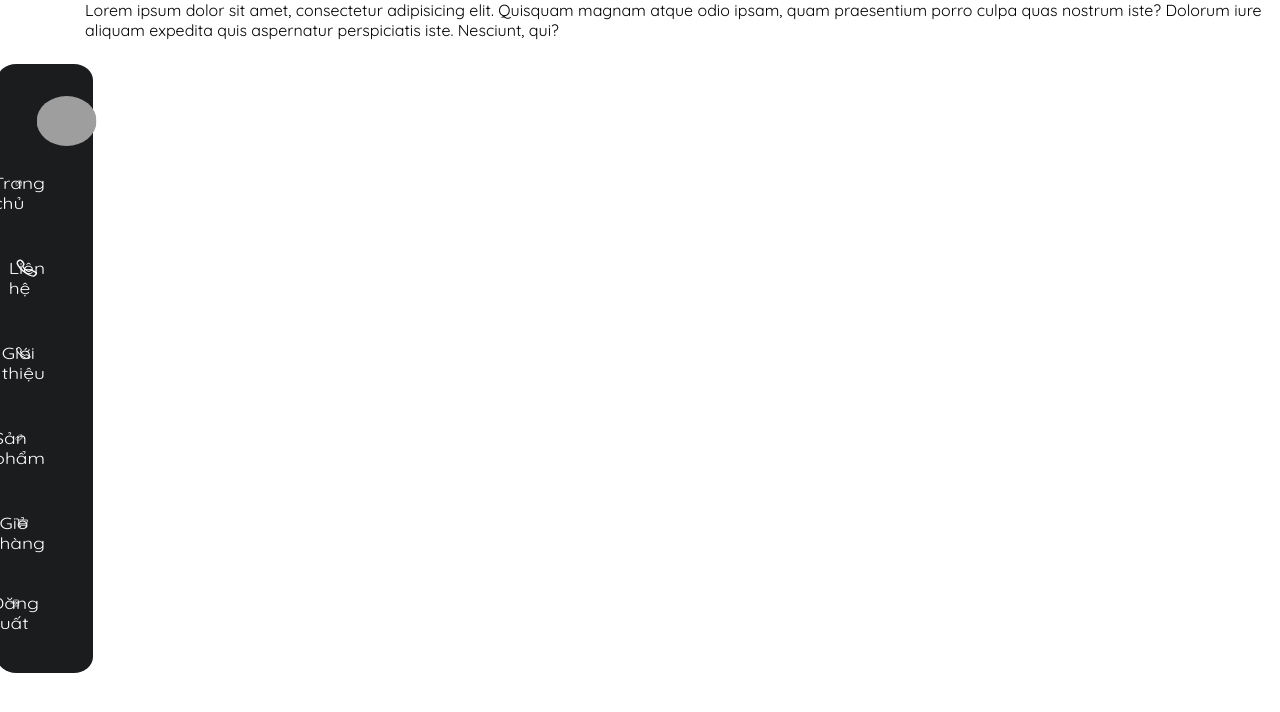
Repository: Fuocmanh/demo
Page: site/nav.html
These files come from the project's save history. The page is drawn as it stood at one moment and after the next save; the edit follows.
The browser window is 1280 px wide. The pictures show the whole page.
The pointer rests on the first visible `.sidebar`.
Pictures or frames that could not be fetched are drawn as grey boxes.

Above is the page before, as saved 2022-12-30 13:12:09.

### site/nav.html
<!DOCTYPE html>
<html lang="en">

<head>
    <meta charset="UTF-8">
    <meta name="viewport" content="width=device-width, initial-scale=1" />
    <link rel="stylesheet" href="../css/style.css">
    <script type="module" src="https://unpkg.com/ionicons@5.5.2/dist/ionicons/ionicons.esm.js"></script>
    <script nomodule src="https://unpkg.com/ionicons@5.5.2/dist/ionicons/ionicons.js"></script>
</head>

<body >
    <section id="sidebar">
        <div class="sidebar">
            <a href="#" class="logo">
                <img src="https://i.pinimg.com/550x/dd/6d/22/dd6d2277032c5f365dd3149d45b3a820.jpg" alt="" class="logo-image" />
            </a>
            <nav>
                <ul class="menu">
                    <li class="menu-item">
                        <a href="#" class="menu-link">
                            <ion-icon name="home-outline"></ion-icon>
                            <span>Trang chủ</span>
                        </a>
                    </li>
                    <li class="menu-item">
                        <a href="#" class="menu-link">
                            <ion-icon name="call-outline"></ion-icon>
                            <span>Liên hệ</span>
                        </a>
                    </li>
                    <li class="menu-item">
                        <a href="#" class="menu-link">
                            <ion-icon name="call-outline"></ion-icon>
                            <span>Giới thiệu</span>

                        </a>
                    </li>
                    <li class="menu-item">
                        <a href="#" class="menu-link">
                            <ion-icon name="pricetags-outline"></ion-icon>
                            <span>Sản phẩm</span>
                        </a>
                    </li>
                    <li class="menu-item">
                        <a href="#" class="menu-link">
                            <ion-icon name="cart-outline"></ion-icon>
                            <span>Giỏ hàng</span>
                        </a>
                    </li>
                    <li class="menu-item" style="margin: -5px;">
                        <a href="#" class="menu-link">
                            <ion-icon name="log-in-outline"></ion-icon>
                            <span>Đăng xuất</span>
                        </a>
                    </li>
                </ul>
            </nav>

            <!-- <div class="">
                <a href="#!"><ion-icon name="log-in-outline"></ion-icon></a>
            </div> -->
        </div>
    </section>
    <section>
        <p>Lorem ipsum dolor sit amet, consectetur adipisicing elit. Quisquam magnam atque odio ipsam, quam praesentium porro culpa quas nostrum iste? Dolorum iure aliquam expedita quis aspernatur perspiciatis iste. Nesciunt, qui?</p>
    </section>
    <script src="../js/style.js"></script>
</body>

</html>

### css/style.css
@import url('https://fonts.googleapis.com/css2?family=Quicksand:wght@300;400;500;600;700&display=swap');

html {
    font-family: 'Quicksand', sans-serif;
}

* {
    /* font-size: 18px; */
    width: 100%;
    margin: 0px;
    padding: 0px;
    box-sizing: border-box;
}
body{
    display: flex;
}
#sidebar{
    height: 100%;
    width: max-content;
    /* background-color: aqua; */
    margin-left: 5px;
    margin-top: 5%;
}

.sidebar {
    background-color: #1A1C1E;
    width: 80px;
    height: 100%;
    padding: 40px 5px;
    border-radius: 16px;
    transition: 0.5s;
    /* transform: translate(0px,20%);    */

}



ion-icon {
    font-size: 30px;
    color: #FFFFFF;
}
.sidebar:not(:hover) .logo-image{
    transform: translate(-16px,-7px);
}
.logo{
    width: 100%;
    height: 50px;
}
.logo-image{
    transform: translateY(-8px);
    margin: 0 40%;
    width: 50px;
    height: 50px;
    border-radius: 50%;
}
.sidebar:hover{
    transform: scaleX(1.2);
}


li {
    width: 100%;
    display: flex;
    align-items: center;
    justify-content: center;
  margin-bottom: 25px;
}

.menu-link {
    width: 100%;
    display: flex;
    color: #FFFFFF;
    list-style: none;
    text-decoration: none;
    padding: 10px;
    border-radius: 9% 91% 91% 9% / 52% 48% 52% 48%  ;
}
.menu-link:hover{
    border-radius: 9% 91% 91% 9% / 52% 48% 52% 48%  ;
    background-color: rgba(0, 0, 0, .5);
}
.menu-link span {
    transform: translate(-25px, 5px);
}
@media screen and (max-width:768px){
    .sidebar:hover{
        width: 80px;
    }
    .sidebar .menu-link span{
        display: none;
    }
    .sidebar:hover .logo-image{
        transform: translate(-16px,-7px);

    }
}

### js/style.js
var nav = document.getElementById('nav');
function hideShowNav(){
    display=nav.style.display ;
    display=='none'?nav.style.display ='block':nav.style.display ='none';
    // nav.style.opacity='1';
}
// function onchane(){
//     let width = document.getElementsByClassName('.box').style.width='50%';
// console.log(width);
// }

After the next save:
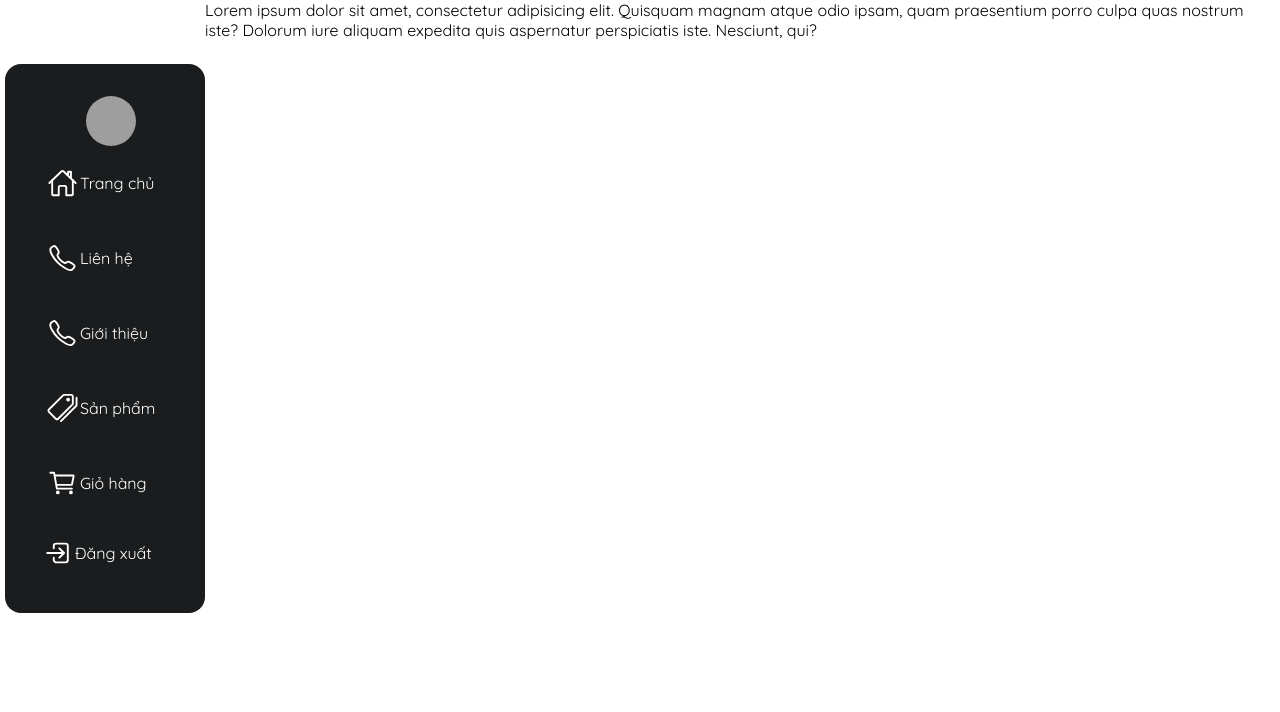
Saved 12 s later.
--- a/css/style.css
+++ b/css/style.css
@@ -54,7 +54,7 @@ ion-icon {
     border-radius: 50%;
 }
 .sidebar:hover{
-    transform: scaleX(1.2);
+    width: 200px;
 }
 
 
